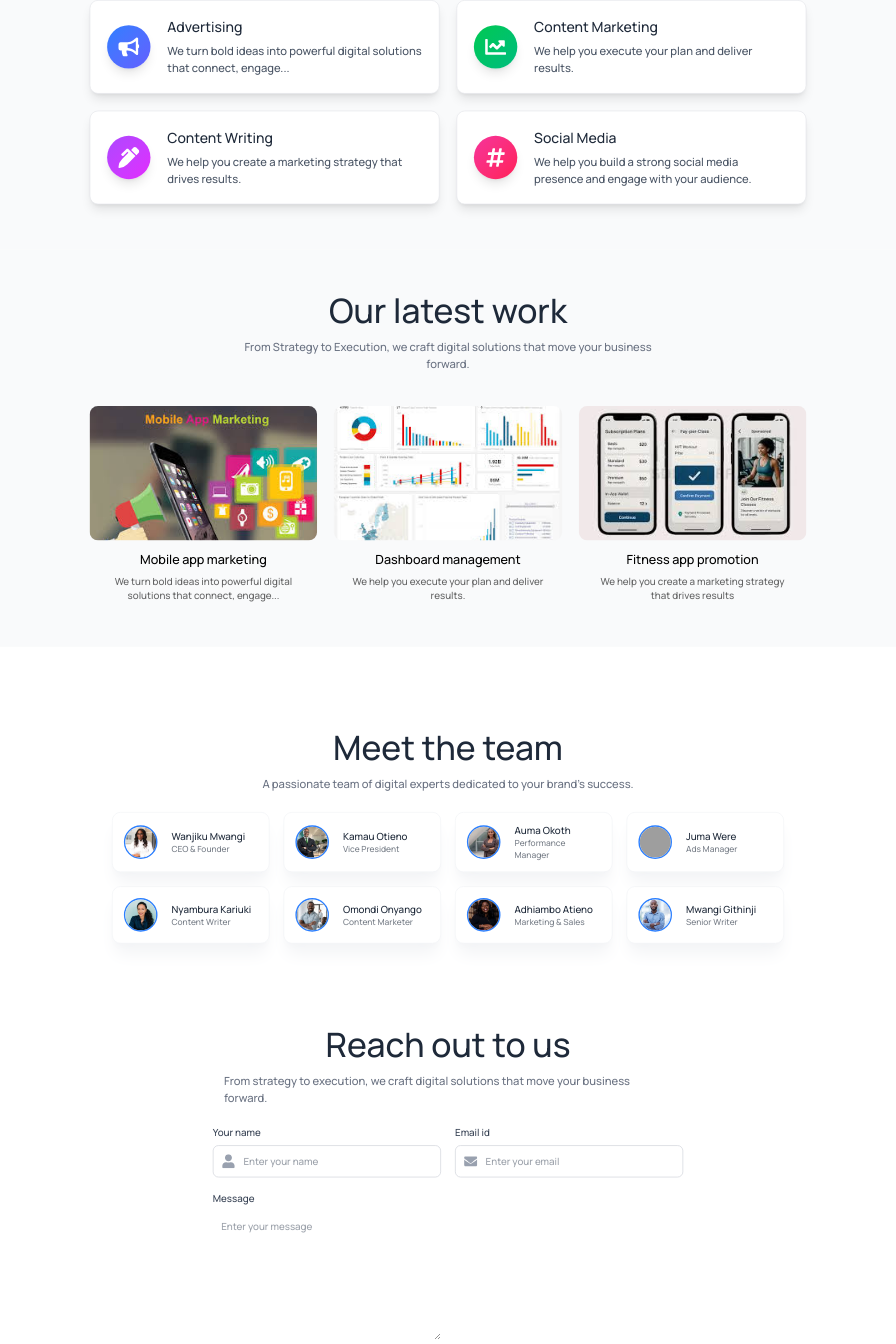
Repository: Prolenzy/magex
Page: /
These files come from the project's save history. The page is drawn as it stood at one moment and after the next save; the edit follows.
The browser window is 1280 px wide. The pictures show the part of the page from y = 1330 to 3250 px (the page is 3250 px tall), at 70% of full size.
Pictures or frames that could not be fetched are drawn as grey boxes. The project was rebuilt for these pictures with package versions that can differ from the ones it lists, and the page was loaded fresh each time. Also part of the build but not shown: vite.config.js.

Above is the page before, as saved 2025-08-17 03:27:44.

### index.html
<!doctype html>
<html lang="en" class="scroll-smooth">
  <head>
    <meta charset="UTF-8" />
    <link rel="icon" type="image/svg+xml" href="/touch-icon.png" />
    <meta name="viewport" content="width=device-width, initial-scale=1.0" />
    <title>Magex | Digital Experiences Powered by Imagination</title>
  </head>
  <body>
    <div id="root"></div>
    <script type="module" src="/src/main.jsx"></script>
  </body>
</html>

### src/index.css
@import url('https://fonts.googleapis.com/css2?family=Manrope:wght@200..800&display=swap');

@import "tailwindcss";

/* @custom-variant dark (&:where(.dark, .dark *)); */

*{
  font-family: "Manrope", sans-serif;
  font-weight: 500;
}

@theme {
  --color-primary: #5044E5;
}

### src/App.jsx
import React from 'react'
import Navbar from './components/Navbar'
import Hero from './components/Hero'
import Trustedby from './components/Trustedby'
import Services from './components/Services'
import OurWork from './components/OurWork'
import Teams from './components/Teams'
import ContactUs from './components/ContactUs'

const App = () => {
  return (
    <div>
      <Navbar />
      <Hero />
      <Trustedby />
      <Services />
      <OurWork />
      <Teams />
      <ContactUs />
    </div>
  )
}

export default App

### src/components/Navbar.jsx
import React, { useState } from 'react'

const Navbar = () => {

    const [sidebarOpen, setSidebarOpen] = useState(false)
  return (
    <div className='flex justify-between items-center px-4 sm:px-12 lg:px-24 xl:px-40 py-4
    sticky top-0 z-20 backdrop-blur-xl font-medium bg-white/50 dark:bg-gray-900/70'>

        <img src='/dox1.png' className='w-32 sm:w-40' alt=''/>

        <div className={`text-gray-700 sm:text-sm ${!sidebarOpen ? 'max-sm:w-0 overflow-hidden' :
        'max-sm:w-60 max-sm:pl-10'} max-sm:fixed top-0 bottom-0 right-0 max-sm:min-h-screen
        max-sm:h-full max-sm:flex-col max-sm:bg-primary max-sm:text-white max-sm:pt-20
        flex sm:items-center gap-5 transition-all`}>

             <img src='/ter1.png' alt='' className='w-5 absolute right-4 top-4 sm:hidden'
             onClick={() => setSidebarOpen(false)}/>

            <a onClick={() => setSidebarOpen(false)} href='#' className='sm:hover:border-b'>Home</a>
            <a onClick={() => setSidebarOpen(false)} href='#services' className='sm:hover:border-b'>services</a>
            <a onClick={() => setSidebarOpen(false)} href='#our-work' className='sm:hover:border-b'>Our Work</a>
            <a onClick={() => setSidebarOpen(false)} href='#contact-us' className='sm:hover:border-b'>Contact Us</a>
        </div>
        <div className='flex items-center gap-2 sm:gap-4'>

            <img src='/2001.png' alt='' onClick={() => setSidebarOpen(true)}
            className='w-8 sm:hidden' />
            <a href='#contact-us' className='text-sm max-sm:hidden flex items-center gap-2
            bg-primary text-white px-6 py-2 rounded-full cursor-pointer
            hover:scale-103 transition-all'>
                Connect <img src='/vay1.png' width={14} alt=''/>
            </a>
        </div>
    </div>
  )
}

export default Navbar

### src/components/Hero.jsx
import React from 'react'

const Hero = () => {
  return (
    <div id='hero' className='flex flex-col items-center gap-6 py-20 px-4 sm:px-12 lg:px-24
    xl:px-40 text-center w-full overflow-hidden text-gray-700'>

        <h1 className='text-4xl sm:text-5xl md:text-6xl xl:text-[84px] font-medium xl-leading-[95px]
        max-w-5xl'>
            Turning imaginations into <span className='bg-gradient-to-r from-[#5044e5]
            to-[#4d8cea] bg-clip-text text-transparent'>digital</span> impact.
        </h1>

        <p className='text-sm sm:text-lg font-medium text-gray-500 dark:text-white/75
        max-w-4/5 sm:max-w-lg pm-3'>Creating meaningful connections and turning big ideas
        into interactive digital
            experiences.</p>

            <div className='relative'>
                <img src='/macbook1.png' alt='' className='w-full max-w-6xl'/>
            </div>
    </div>
  )
}

export default Hero

### src/components/Trustedby.jsx
import React from 'react'

const Trustedby = () => {
    const company_logos = [
    '/Amazon1.png',
    '/fedex1.png',
    '/Hyundai1.png',
    '/mobil1.png',
    '/Nivea1.png',
    '/rolex1.png'
  ];
  return (
    <div className='flex flex-col items-center px-4 sm:px-12 lg:px-24 xl:px-40 gap-10
    text-gray-700 dark:text-white/80'>
        <h2 className='font-semibold'>Trusted by Leading Companies</h2>
        <div className='flex items-center justify-center flex-wrap gap-10 m-4'>
            {company_logos.map((logo, index) => (
                <img key={index} src={logo} alt={`Company Logo ${index + 1}`} className='max-h-10
                sm:max-h-12 md:max-h-14 dark:drop-shadow-1xl object-contain' />
            ))}
        </div>
    </div>
  )
}

export default Trustedby

### src/components/Services.jsx
import React from 'react';
import Title from './Title';
import {
  FaBullhorn, FaChartLine, FaPenAlt, FaHashtag
} from 'react-icons/fa';
import ServiceCard from './ServiceCard';

const Services = () => {
  const servicesData = [
    {
      title: 'Advertising',
      description: 'We turn bold ideas into powerful digital solutions that connect, engage...',
      icon: <FaBullhorn className="text-3xl" />,
      color: 'from-blue-500 to-indigo-500'
    },
    {
      title: 'Content Marketing',
      description: 'We help you execute your plan and deliver results.',
      icon: <FaChartLine className="text-3xl" />,
      color: 'from-green-500 to-emerald-500'
    },
    {
      title: 'Content Writing',
      description: 'We help you create a marketing strategy that drives results.',
      icon: <FaPenAlt className="text-3xl" />,
      color: 'from-purple-500 to-fuchsia-500'
    },
    {
      title: 'Social Media',
      description: 'We help you build a strong social media presence and engage with your audience.',
      icon: <FaHashtag className="text-3xl" />,
      color: 'from-pink-500 to-rose-500'
    }
  ];

  return (
    <section id='services' className='relative py-16 px-4 sm:px-8 lg:px-16 xl:px-32 bg-gray-50 dark:bg-gray-900'>
      <div className='max-w-7xl mx-auto flex flex-col items-center'> {/* Centered container */}
        <div className='w-full text-center mb-12'> {/* Full width but centered content */}
          <Title
            title='How can we help?'
            desc='From strategy to execution, we craft digital solutions that move your business forward.'
          />
        </div>

        <div className='grid grid-cols-1 md:grid-cols-2 gap-6 w-full'>
          {servicesData.map((service, index) => (
            <ServiceCard
              key={index}
              service={service}
              index={index}
            />
          ))}
        </div>
      </div>
    </section>
  );
};

export default Services;

### src/components/OurWork.jsx
import React from 'react'
import Title from './Title'

const OurWork = () => {
    const workData = [
        {
            title: 'Mobile app marketing',
            description: 'We turn bold ideas into powerful digital solutions that connect, engage...',
            image: '/mobile.jpeg'
        },
        {
            title: 'Dashboard management',
            description: 'We help you execute your plan and deliver results.',
            image: '/dashboard.jpeg'
        },
        {
            title: 'Fitness app promotion',
            description: 'We help you create a marketing strategy that drives results',
            image: '/fitness.jpeg'
        }
    ]

    return (
        <section id='our-work' className='py-16 px-4 sm:px-8 lg:px-16 xl:px-32 bg-gray-50 dark:bg-gray-900'>
            <div className='max-w-7xl mx-auto'>
                {/* Centered Title Section */}
                <div className='text-center mb-12'>
                    <Title
                        title='Our latest work'
                        desc='From Strategy to Execution, we craft digital solutions that move your business forward.'
                    />
                </div>

                {/* Centered Work Grid */}
                <div className='flex justify-center'>
                    <div className='grid sm:grid-cols-2 lg:grid-cols-3 gap-6 w-full max-w-5xl'>
                        {workData.map((work, index) => (
                            <div
                                key={index}
                                className='hover:scale-102 duration-500 transition-all cursor-pointer group text-center'
                            >
                                <div className='overflow-hidden rounded-xl mx-auto w-full'>
                                    <img
                                        src={work.image}
                                        className='w-full h-48 object-cover group-hover:scale-105 transition-transform duration-300'
                                        alt={work.title}
                                    />
                                </div>
                                <h3 className='mt-3 mb-2 text-lg font-semibold'>{work.title}</h3>
                                <p className='text-sm opacity-60 px-4'>{work.description}</p>
                            </div>
                        ))}
                    </div>
                </div>
            </div>
        </section>
    )
}

export default OurWork;

### src/components/Teams.jsx
import React from 'react';
import Title from './Title';

const Teams = () => {
  const teamData = [
    {
      name: 'Wanjiku Mwangi',
      title: 'CEO & Founder',
      image: '/wanjiku-ceo.jpeg' // Kenyan female executive
    },
    {
      name: 'Kamau Otieno',
      title: 'Vice President',
      image: '/kamau-vp.jpeg' // Kenyan male professional
    },
    {
      name: 'Auma Okoth',
      title: 'Performance Manager',
      image: '/auma-pm.jpeg' // Kenyan female manager
    },
    {
      name: 'Juma Were',
      title: 'Ads Manager',
      image: '/juma-ads.jpeg' // Kenyan male marketer
    },
    {
      name: 'Nyambura Kariuki',
      title: 'Content Writer',
      image: '/nyambura-writer.jpeg' // Kenyan female writer
    },
    {
      name: 'Omondi Onyango',
      title: 'Content Marketer',
      image: '/omondi-marketer.jpeg' // Kenyan male professional
    },
    {
      name: 'Adhiambo Atieno',
      title: 'Marketing & Sales',
      image: '/adhiambo-sales.jpeg' // Kenyan female sales executive
    },
    {
      name: 'Mwangi Githinji',
      title: 'Senior Writer',
      image: '/mwangi-senior-writer.jpeg' // Kenyan male senior professional
    }
  ];

  return (
    <div className='flex flex-col items-center gap-7 px-4 sm:px-12 lg:px-24 xl:px-40 pt-30 text-gray-800 dark:text-gray-100'>
      <Title
        title='Meet the team'
        desc="A passionate team of digital experts dedicated to your brand's success."
      />
      <div className='grid grid-cols-2 md:grid-cols-3 xl:grid-cols-4 gap-5 w-full'>
        {teamData.map((team, index) => (
          <div
            key={index}
            className='flex max-sm:flex-col items-center gap-5 p-4 rounded-xl border border-gray-100 dark:border-gray-700 bg-white dark:bg-gray-800 shadow-xl shadow-gray-100 dark:shadow-gray-900 hover:scale-103 transition-all duration-400'
          >
            <img
              src={team.image}
              className='w-12 h-12 rounded-full object-cover border-2 border-blue-500'
              alt={`${team.name}, ${team.title}`}
            />
            <div className='flex-1'>
              <h3 className='font-bold text-sm'>{team.name}</h3>
              <p className='text-xs opacity-60 dark:opacity-80'>{team.title}</p>
            </div>
          </div>
        ))}
      </div>
    </div>
  );
};

export default Teams;

### src/components/ContactUs.jsx
import React from 'react'
import Title from './Title'
import { FaEnvelope, FaUser } from 'react-icons/fa'; // Import the icon

const ContactUs = () => {
  return (
    <div id='contact-us' className='flex flex-col items-center gap-7 px-4 sm:px-12 lg:px-24 xl:px-40 pt-30
    text-gray-700'>
        <Title title='Reach out to us' desc='From strategy to execution, we craft digital solutions that move your
        business forward.' />

        <form className='grid sm:grid-cols-2 gap-3 sm:gap-5 max-w-2xl w-full'>
            <div>
                <p className='mb-2 text-sm font-medium'>Your name</p>
                <div className='flex items-center pl-3 rounded-lg border border-gray-300'>
                    {/* Use the React icon component instead of the img tag */}
                    <FaUser className='text-gray-400' size={20} />
                    <input
                        type='text'
                        placeholder='Enter your name'
                        className='w-full p-3 text-sm outline-none' required
                    />
                </div>
            </div>

            <div>
                <p className='mb-2 text-sm font-medium'>Email id</p>
                <div className='flex items-center pl-3 rounded-lg border border-gray-300'>
                    {/* Use the React icon component instead of the img tag */}
                    <FaEnvelope className='text-gray-400' size={20} />
                    <input
                        type='email'
                        placeholder='Enter your email'
                        className='w-full p-3 text-sm outline-none' required
                    />
                </div>
            </div>
            <div>
                <p className='mb-2 text-sm font-medium'>Message</p>
                <textarea rows={8} placeholder='Enter your message' className='w-full p-3 text-sm' />
            </div>
        </form>
    </div>
  )
}

export default ContactUs;

### src/components/Title.jsx
import React from 'react';

const Title = ({title, desc}) => {
  return (
    <div className='flex flex-col items-center'> {/* Ensures centering */}
      <h2 className='text-3xl sm:text-5xl font-medium text-gray-800 dark:text-white mb-4'>
        {title}
      </h2>
      <p className='max-w-2xl text-gray-500 dark:text-white/75 px-4'>
        {desc}
      </p>
    </div>
  );
};

export default Title;

### src/components/ServiceCard.jsx
import React, { useState, useRef } from 'react';

const ServiceCard = ({ service, index }) => {
  const [position, setPosition] = useState({ x: 0, y: 0 });
  const [visible, setVisible] = useState(false);
  const divRef = useRef(null);

  const handleMouseMove = (e) => {
    const bounds = divRef.current.getBoundingClientRect();
    setPosition({
      x: e.clientX - bounds.left,
      y: e.clientY - bounds.top
    });
  };

  return (
    <div
      ref={divRef}
      onMouseMove={handleMouseMove}
      onMouseEnter={() => setVisible(true)}
      onMouseLeave={() => setVisible(false)}
      className="relative h-full overflow-hidden rounded-xl border border-gray-200 dark:border-gray-700 shadow-lg hover:shadow-xl transition-all duration-300 bg-white dark:bg-gray-800"
    >
      {/* Animated gradient background */}
      <div
        className={`absolute inset-0 bg-gradient-to-br ${service.color} opacity-0 transition-opacity duration-500 ${visible ? 'opacity-10' : ''}`}
        style={{
          transform: `translate(calc(${position.x}px - 50%), calc(${position.y}px - 50%)`,
          backgroundPosition: `${position.x}px ${position.y}px`
        }}
      />

      {/* Content */}
      <div className="relative z-10 p-6 h-full flex flex-col sm:flex-row items-center gap-6">
        <div className={`p-4 rounded-full bg-gradient-to-br ${service.color} text-white shadow-lg`}>
          {service.icon}
        </div>

        <div className="flex-1">
          <h3 className="text-xl font-bold text-gray-800 dark:text-white mb-2">
            {service.title}
          </h3>
          <p className="text-gray-600 dark:text-gray-300">
            {service.description}
          </p>
        </div>
      </div>
    </div>
  );
};

export default ServiceCard;

Loaded but not shown: src/main.jsx (common file)

After the next save:
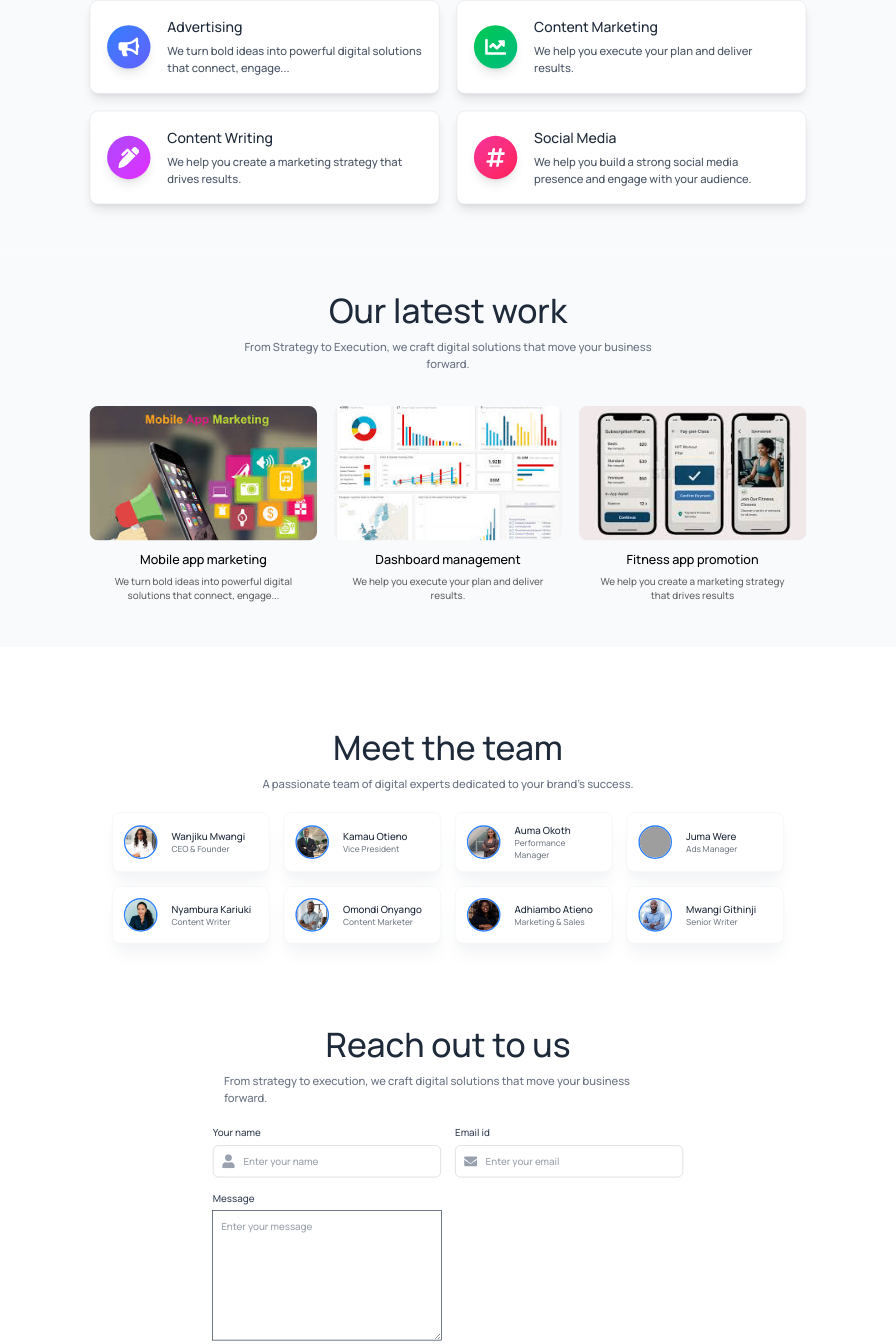
Saved 5 s later.
--- a/src/components/ContactUs.jsx
+++ b/src/components/ContactUs.jsx
@@ -37,7 +37,7 @@
             </div>
             <div>
                 <p className='mb-2 text-sm font-medium'>Message</p>
-                <textarea rows={8} placeholder='Enter your message' className='w-full p-3 text-sm' />
+                <textarea rows={8} placeholder='Enter your message' className='w-full p-3 text-sm outline' />
             </div>
         </form>
     </div>

After the 2 saves that followed:
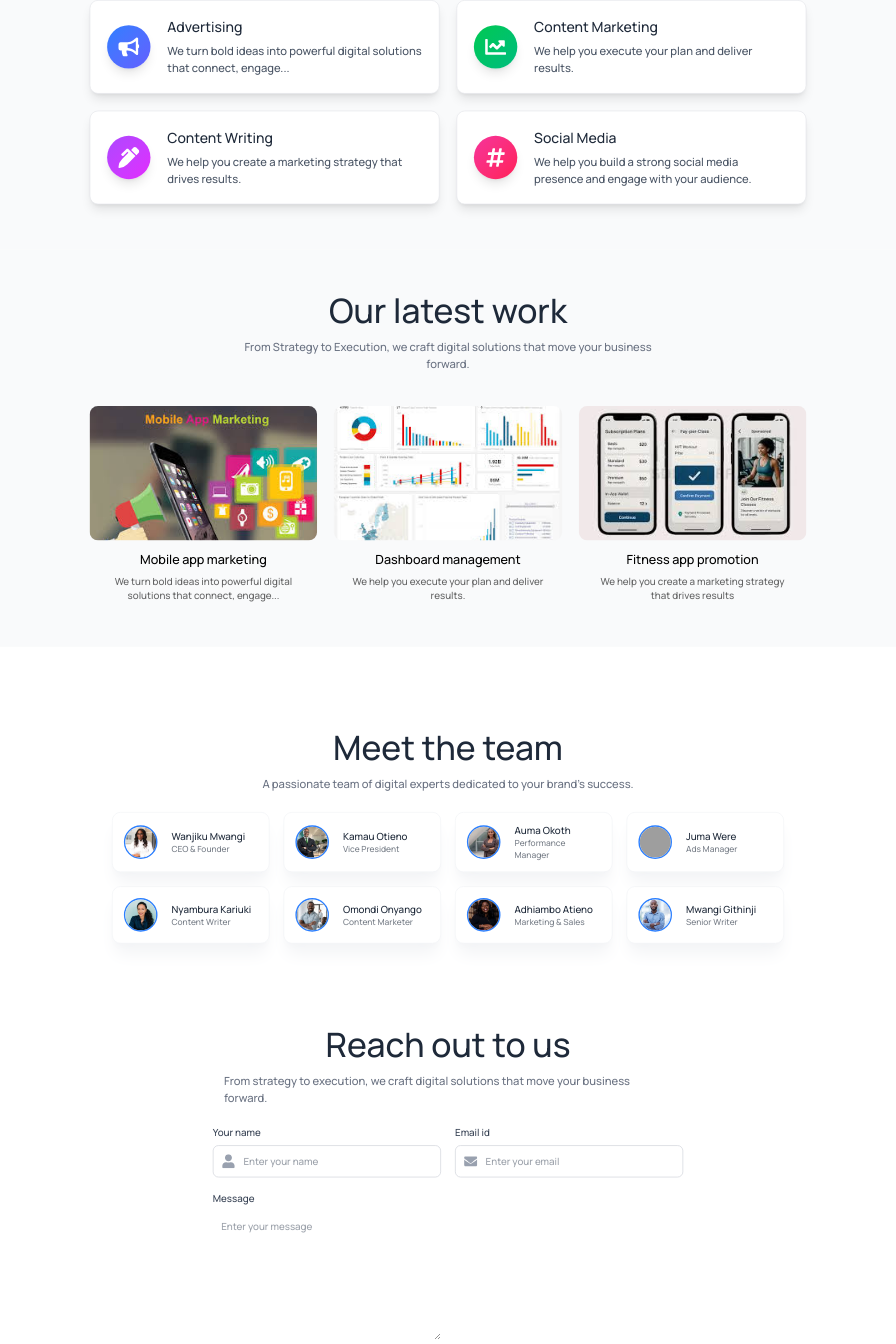
The 2 saves are shown as one change because they came seconds apart.
The last was saved 8 s later.
--- a/src/components/ContactUs.jsx
+++ b/src/components/ContactUs.jsx
@@ -37,7 +37,7 @@
             </div>
             <div>
                 <p className='mb-2 text-sm font-medium'>Message</p>
-                <textarea rows={8} placeholder='Enter your message' className='w-full p-3 text-sm outline' />
+                <textarea rows={8} placeholder='Enter your message' className='w-full p-3 text-sm outline-none rounded' />
             </div>
         </form>
     </div>
